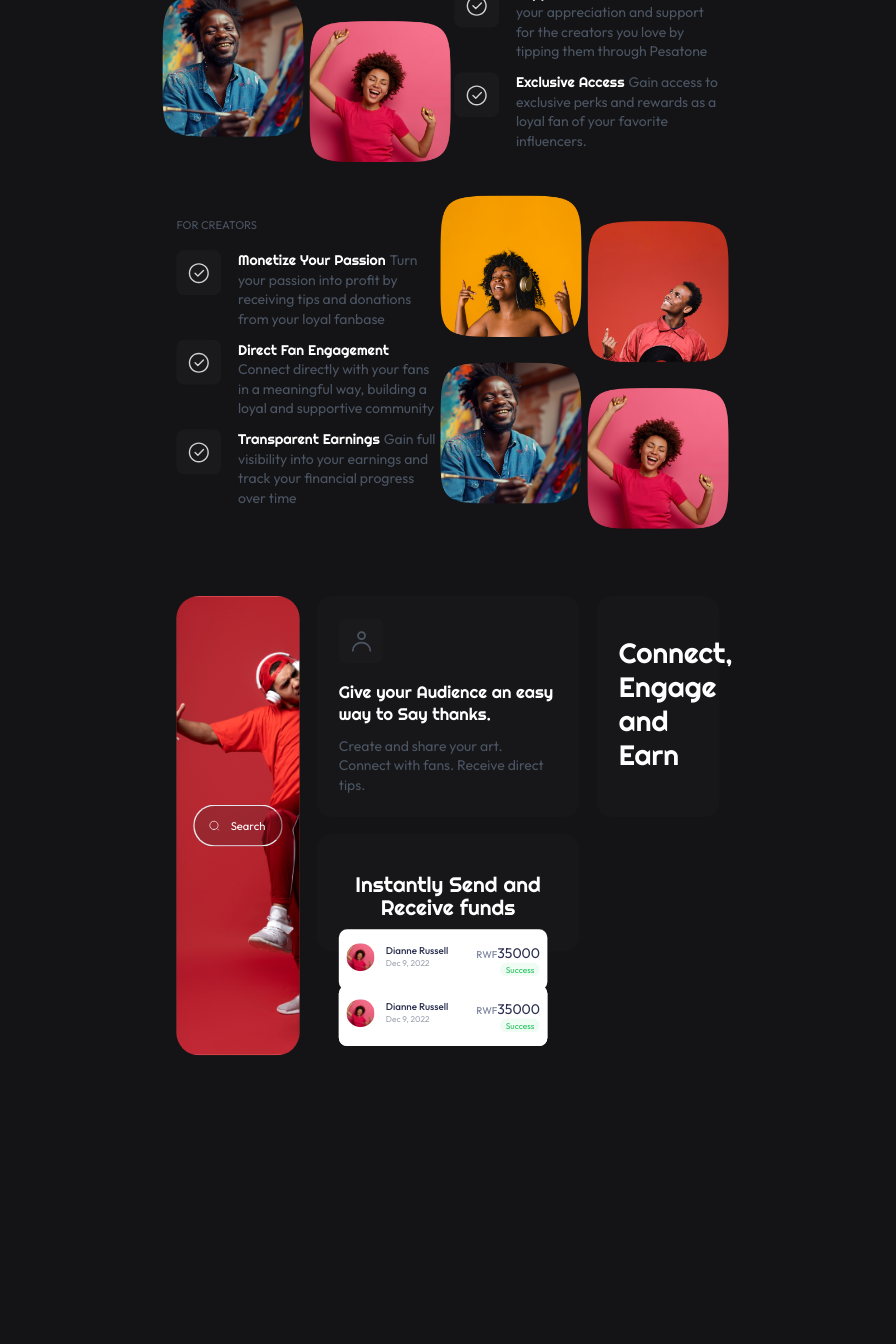
Repository: felixdusengimana/capstone-project-mirror
Page: / (app in frontend/)
An editor plug-in stored every save of this project. The page is shown before and after the next save, followed by the edit.
The browser window is 1280 px wide. The pictures show the part of the page from y = 2169 to 4089 px (the page is 4089 px tall), at 70% of full size.
The project was rebuilt for these pictures with package versions that can differ from the ones it lists, and the page was loaded fresh each time. The framework's server and built-in components were replaced by stand-ins that run in the browser. Also part of the build but not shown: frontend/next.config.mjs.

Above is the page before, as saved 2024-03-11 17:11:28.

After the next save:
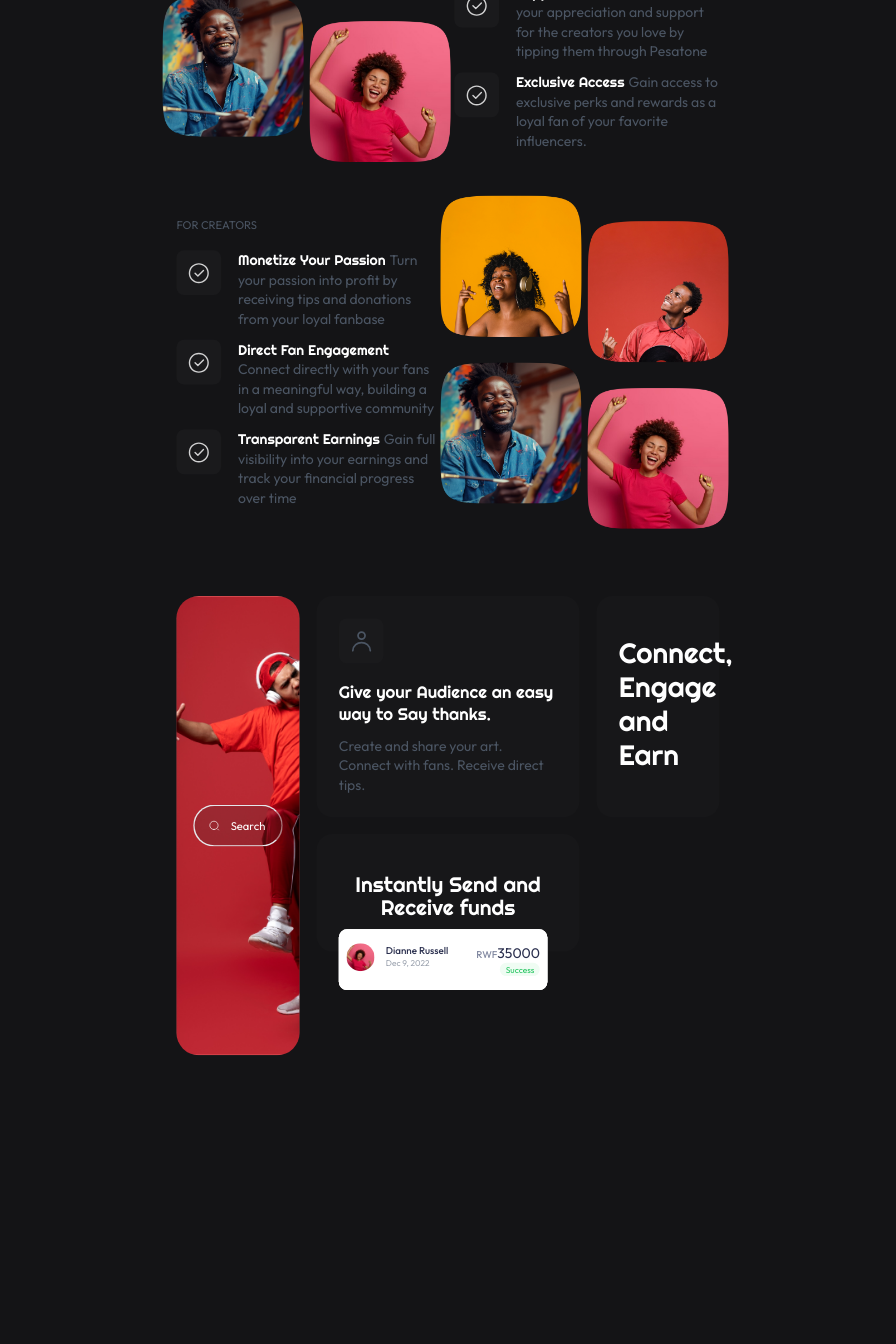
Saved 8 s later.
--- a/frontend/app/page.tsx
+++ b/frontend/app/page.tsx
@@ -196,7 +196,7 @@ export default function page() {
                   amount={35000}
                 />
                 <Transaction
-                  className="absolute top-20"
+                  className="absolute"
                   currency="RWF"
                   status="completed"
                   date={"Dec 9, 2022"}
@@ -207,7 +207,7 @@ export default function page() {
                   amount={35000}
                 />
                 <Transaction
-                  className="absolute top-20"
+                  className="absolute"
                   currency="RWF"
                   status="completed"
                   date={"Dec 9, 2022"}
